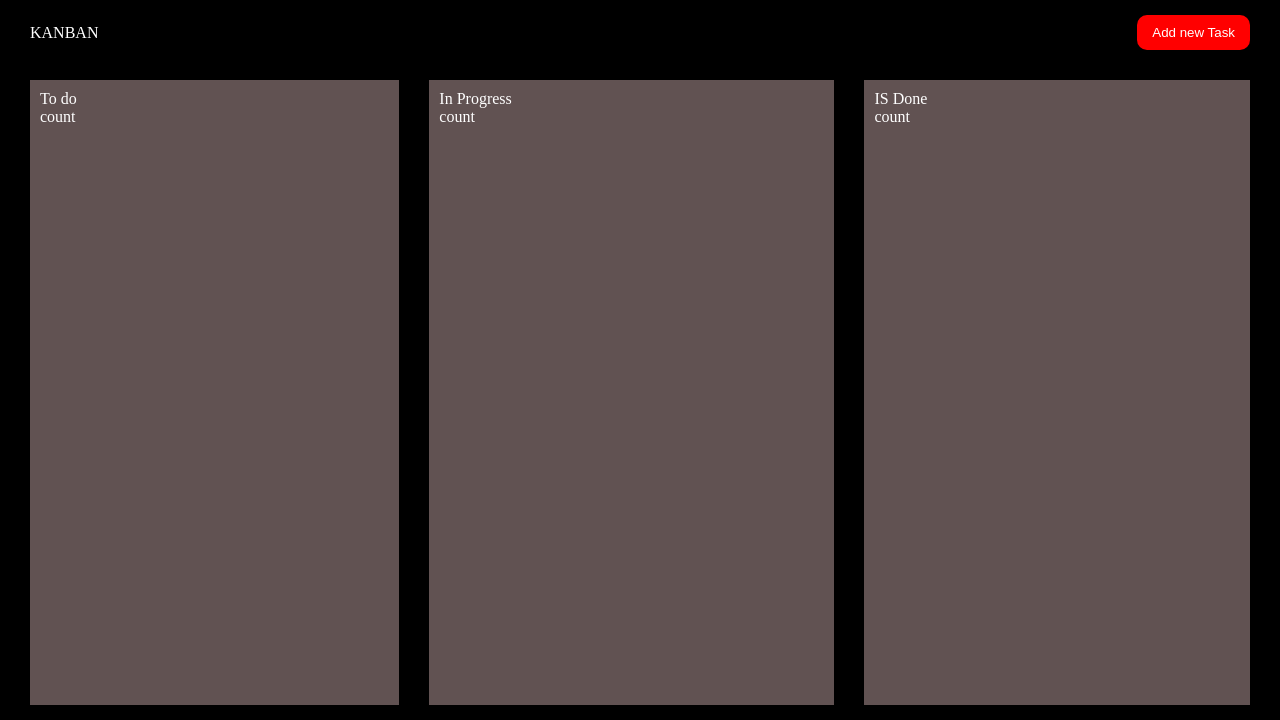
Repository: Sandeepji-5/Kanban-board
Page: index.html
These files come from the project's save history. The page is drawn as it stood at one moment and after the next save; the edit follows.
The browser window is 1280 px wide. The pictures show the whole page.

Above is the page before, as saved 2025-12-08 18:28:33.

After the next save:
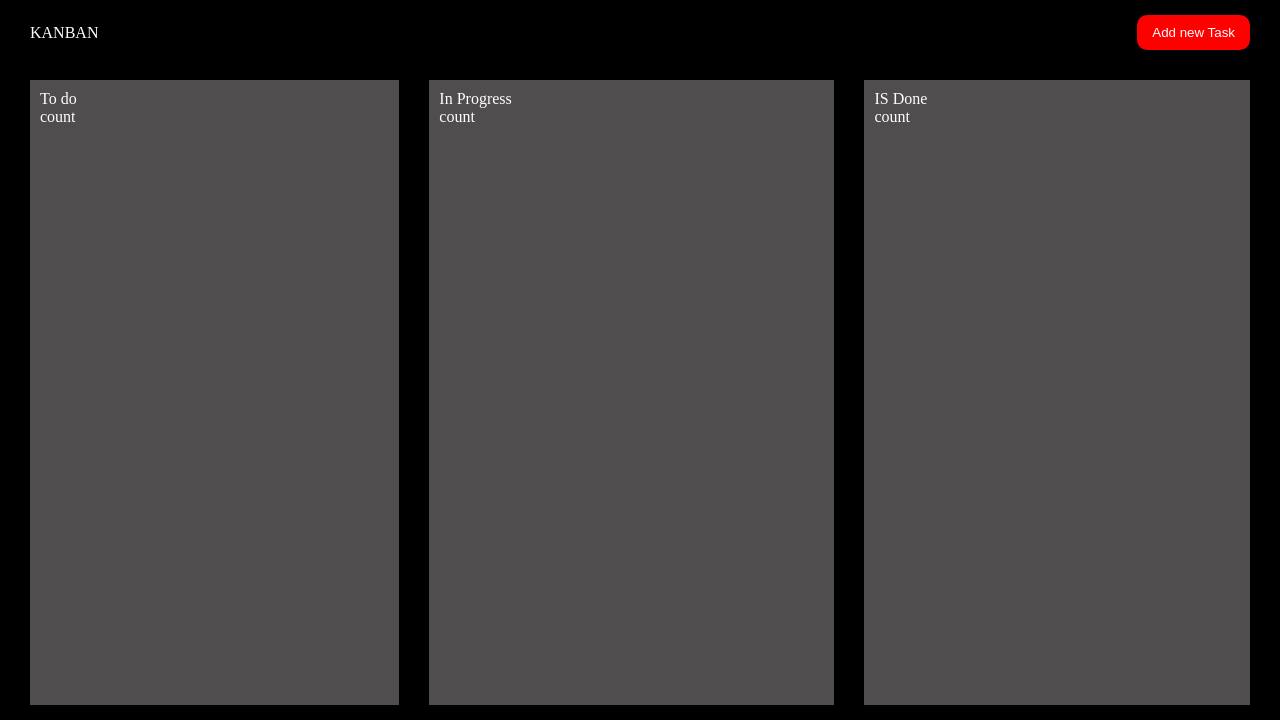
Saved 5 s later.
--- a/style.css
+++ b/style.css
@@ -14,7 +14,7 @@ body {
 
 :root {
     --bg-color: #0000000;
-    --bg-button-color: rgb(97, 82, 82);
+    --bg-button-color: rgb(79, 77, 77);
     --primary-text-color: #f4f4f4;
 
     /* padding 1 rem 2 rem */
